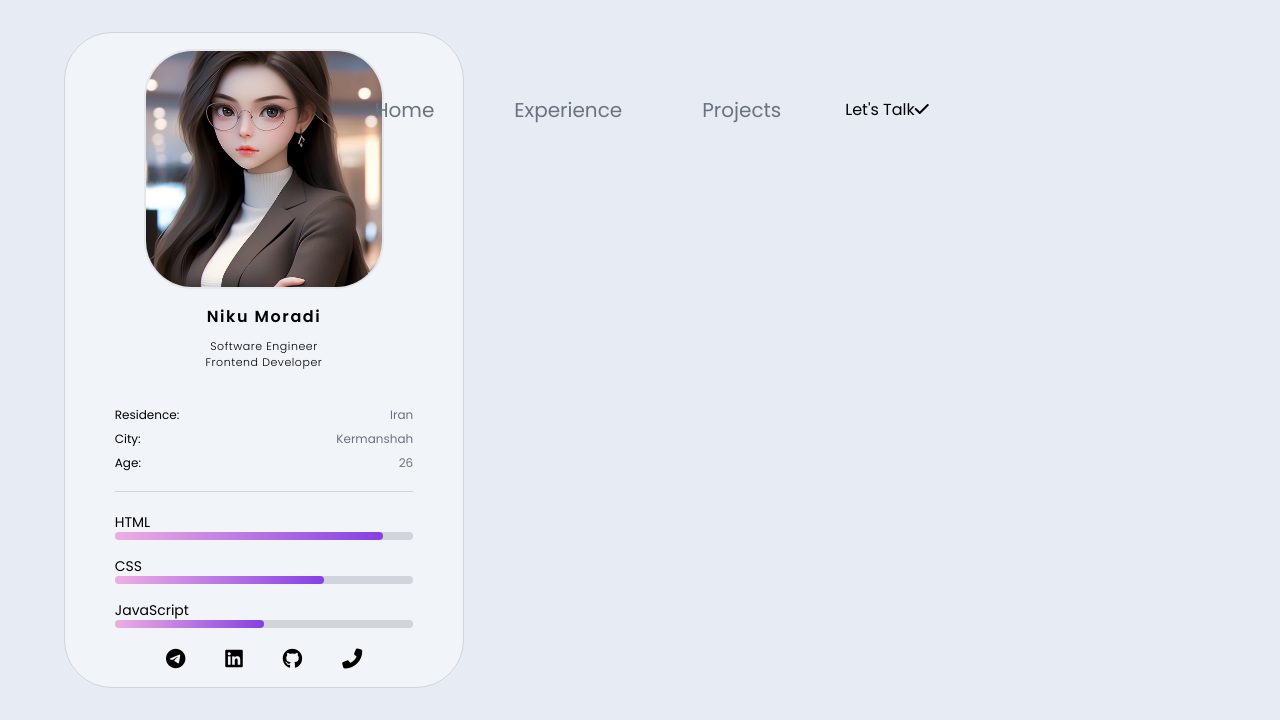
Repository: NikuMoradi/niku-moradi
Page: /
The author's editor kept a copy of each file at every save. The page is drawn from the files as they stood at one save, then again after the next save.
The browser window is 1280 px wide. The pictures show the whole page.
The project was rebuilt for these pictures with package versions that can differ from the ones it lists, and the page was loaded fresh each time. The framework's server and built-in components were replaced by stand-ins that run in the browser. Also part of the build but not shown: nuxt.config.ts, components/Blog Posts/Component-Design.vue, components/Blog.vue, components/Contact.vue, components/Education.vue, components/Experience.vue, components/Hero.vue, components/Menu.vue and 3 more.

Above is the page before, as saved 2024-12-01 11:51:48.

After the next save:
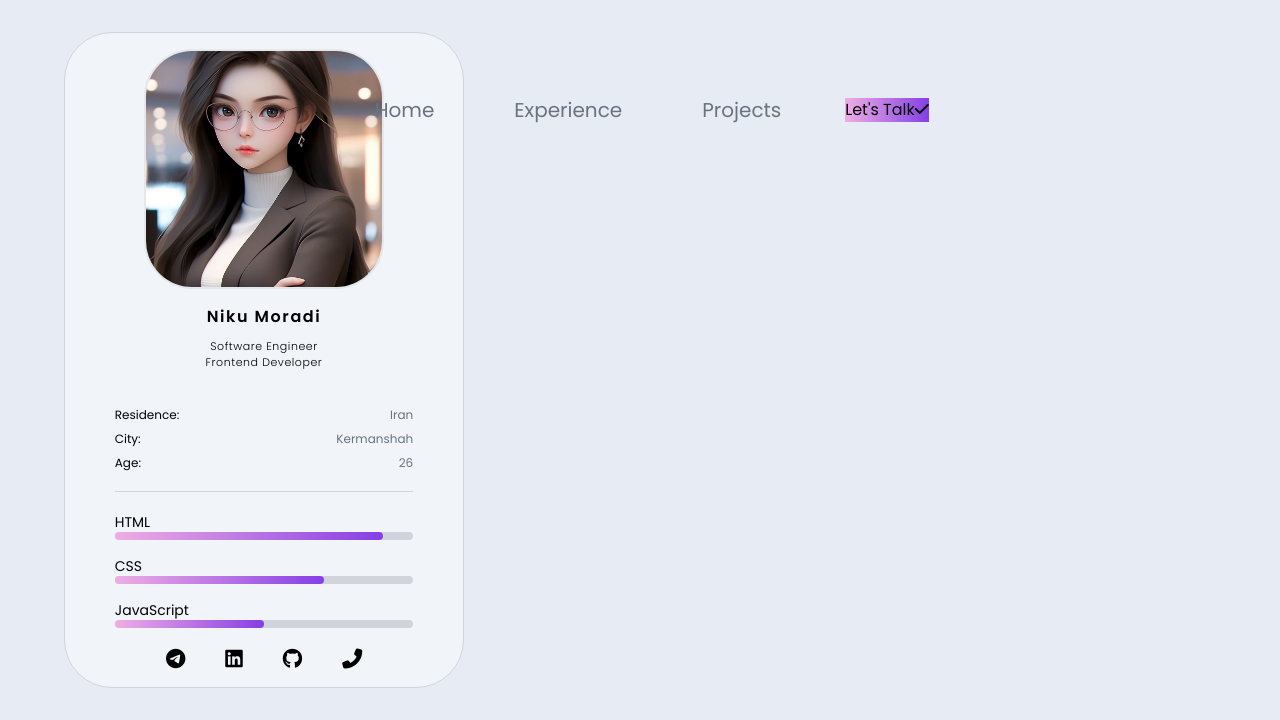
Saved 64 s later.
--- a/components/Navbar.vue
+++ b/components/Navbar.vue
@@ -30,7 +30,7 @@
       Projects
     </NuxtLink>
     <!-- Blog -->
-    <button>
+    <button class="bg-primary-gradient">
       <span>Let's Talk</span>
       <i class="fa fa-check"></i>
     </button>
